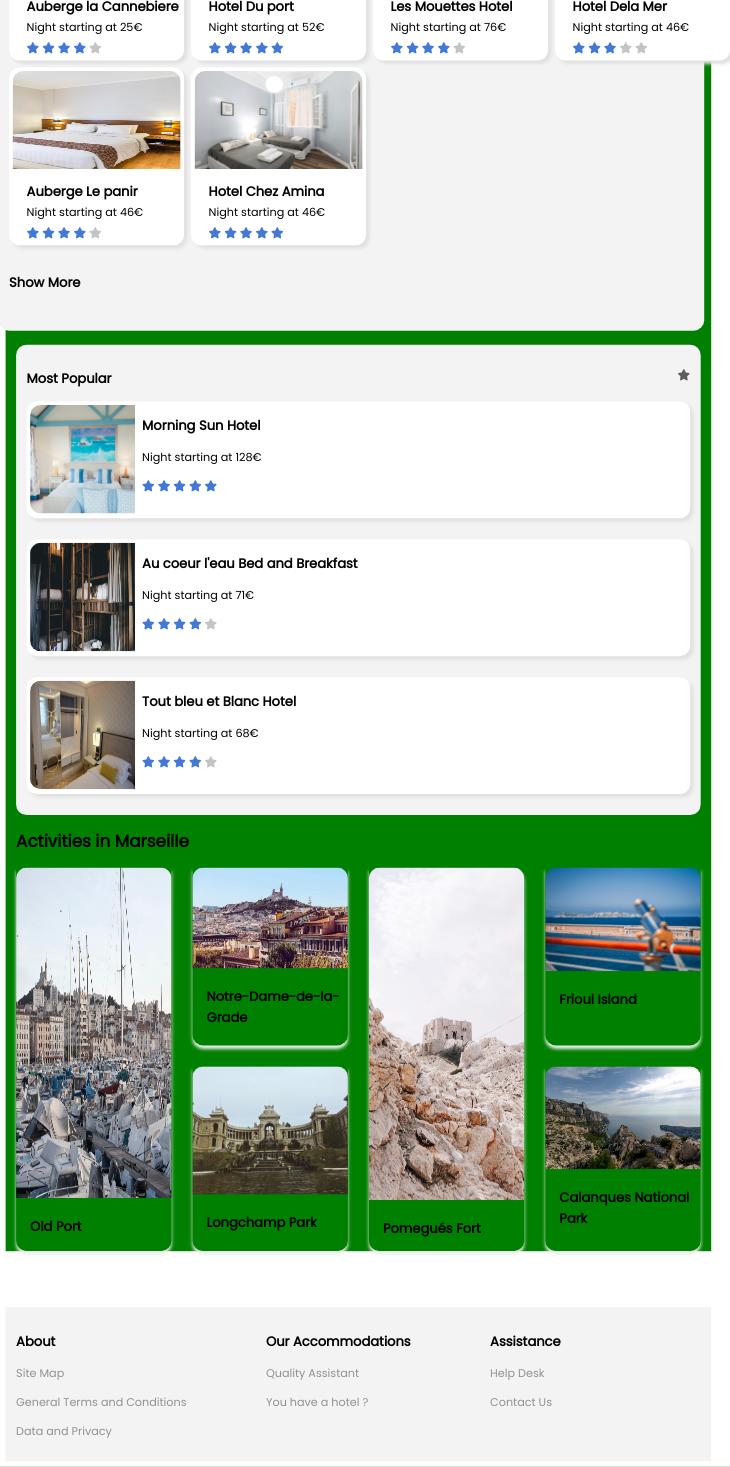
Repository: ailahin/booki
Page: index.html
An editor plug-in stored every save of this project. The page is shown before and after the next save, followed by the edit.
The browser window is 1024 px wide. The page is 1043 px wide, so the pictures cover 1043 px, including what lies to the right of the window. The pictures show the part of the page from y = 668 to 2908 px (the page is 2764 px tall before and 2908 px after), at 70% of full size.
Some web fonts or font styles are not loaded; a fallback is used. Some web libraries are served in a nearby version.

Above is the page before, as saved 2023-07-19 04:08:42.

After the next save:
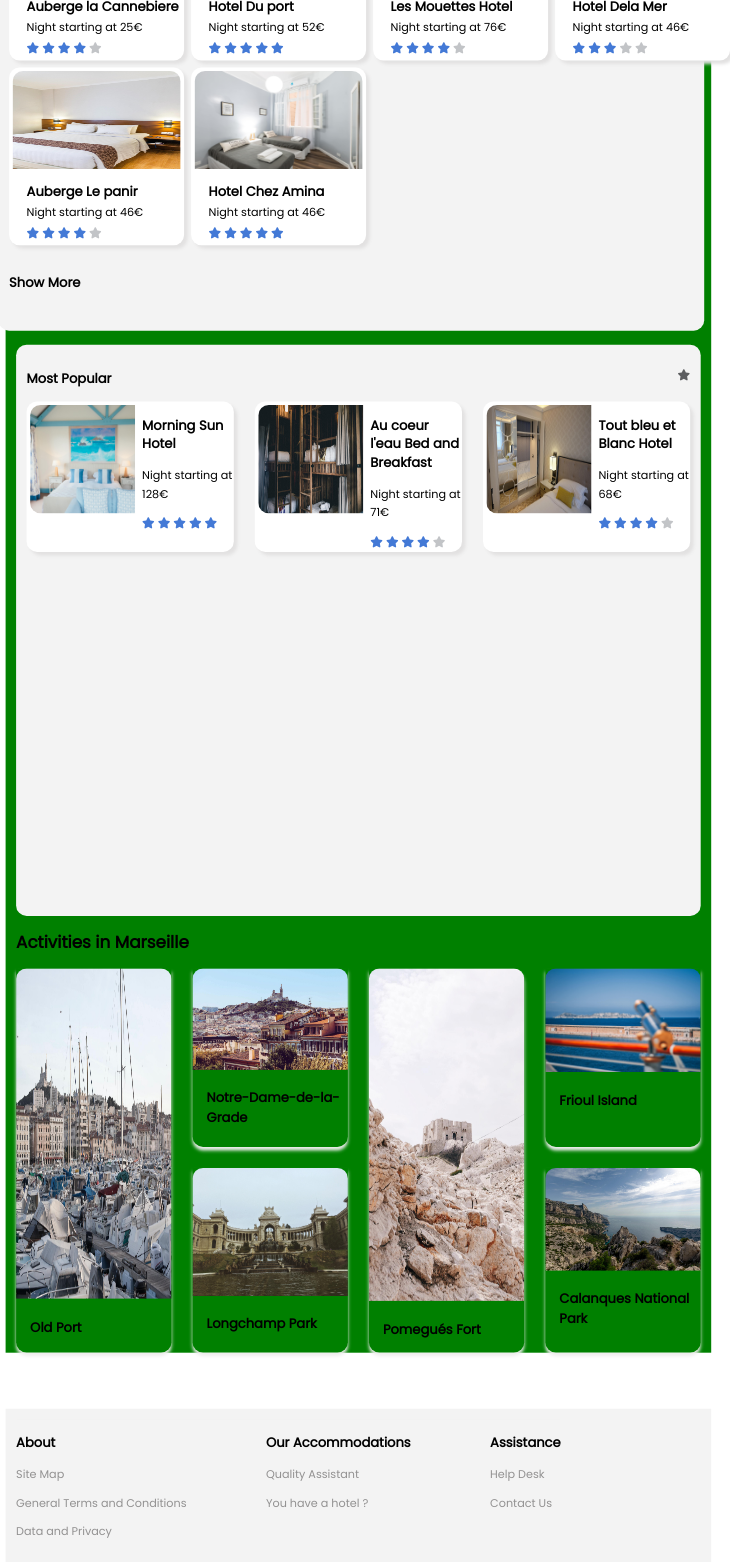
Saved 8 min 59 s later.
--- a/css/index.css
+++ b/css/index.css
@@ -438,6 +438,11 @@ margin-bottom: 5px;
         width: 100%;
 
     }
+    .most-popular-details {
+        display: grid;
+        grid-template-columns: repeat(3, 1fr);
+        gap: 30px;
+    }
 
 
     .most-popular-details img{
